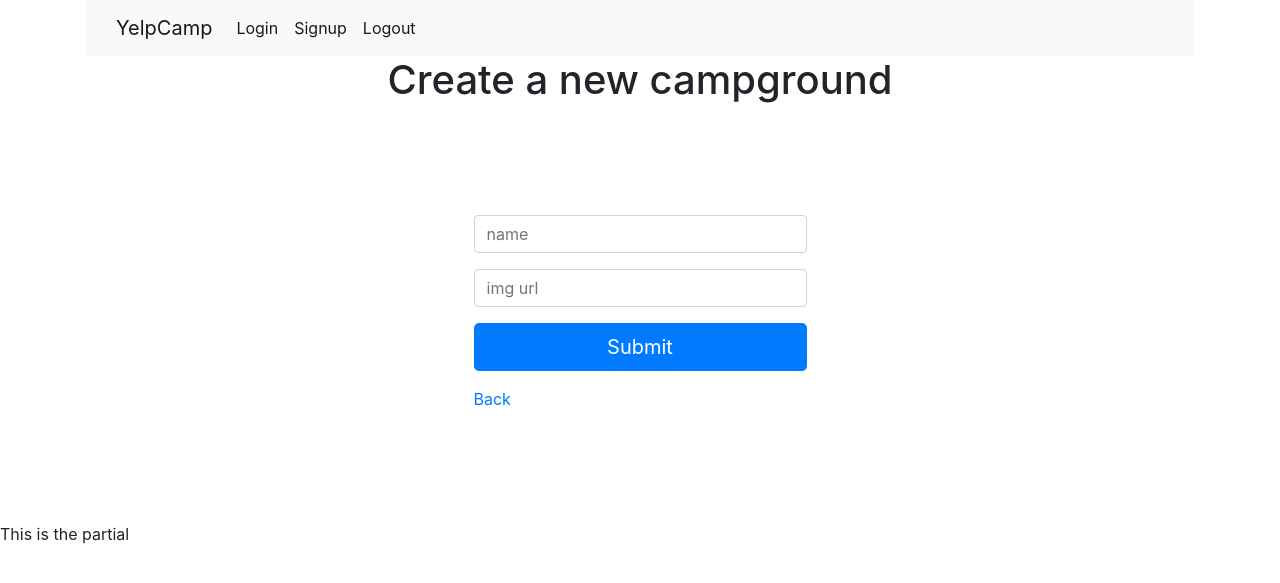
Repository: VictorWangwz/Web-Development
Page: http://localhost/campground/new
The author's editor kept a record of every edit. The page is drawn from the files as they stood at one moment, then again after the next edit.
The browser window is 1280 px wide. The pictures show the whole page.
The page is served by the project's Node server (YelpCamp/v1/app.js).

Above is the page before.

After the next edit:
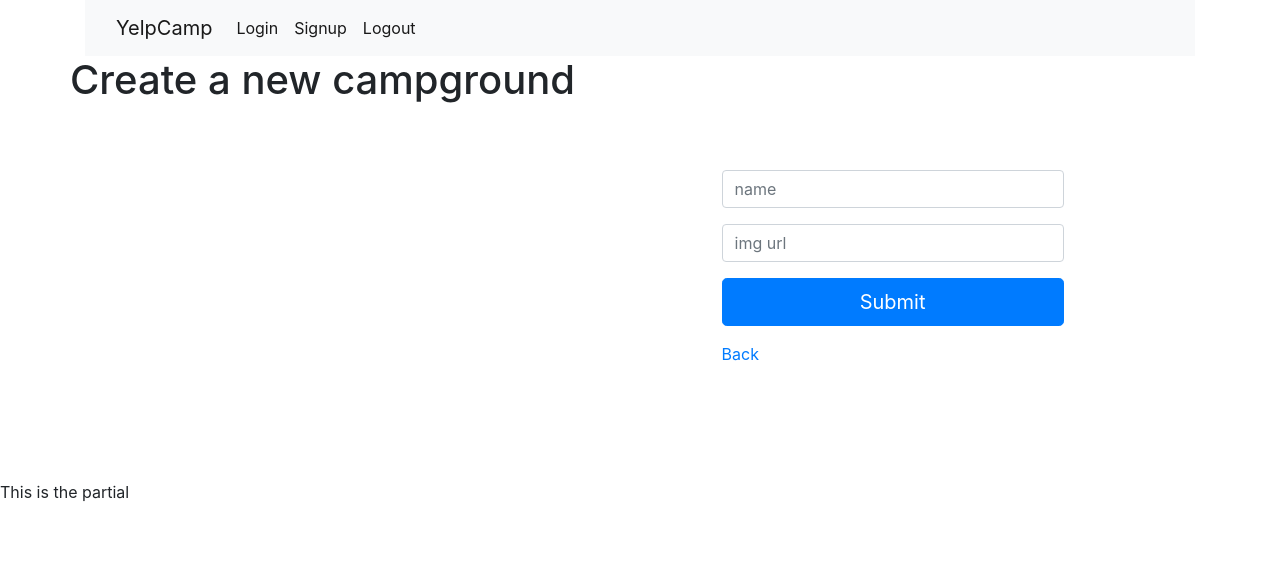
The edit:
--- a/YelpCamp/v1/views/new.ejs
+++ b/YelpCamp/v1/views/new.ejs
@@ -1,7 +1,7 @@
 
 <%include partials/header.ejs%>
 <div class="container">
-   <div >
+   <div class="row">
         <h1 style="text-align:center">Create a new campground</h1>
         <div style="width:30%;margin:10% auto">
              <form action="/campground" method="POST">
